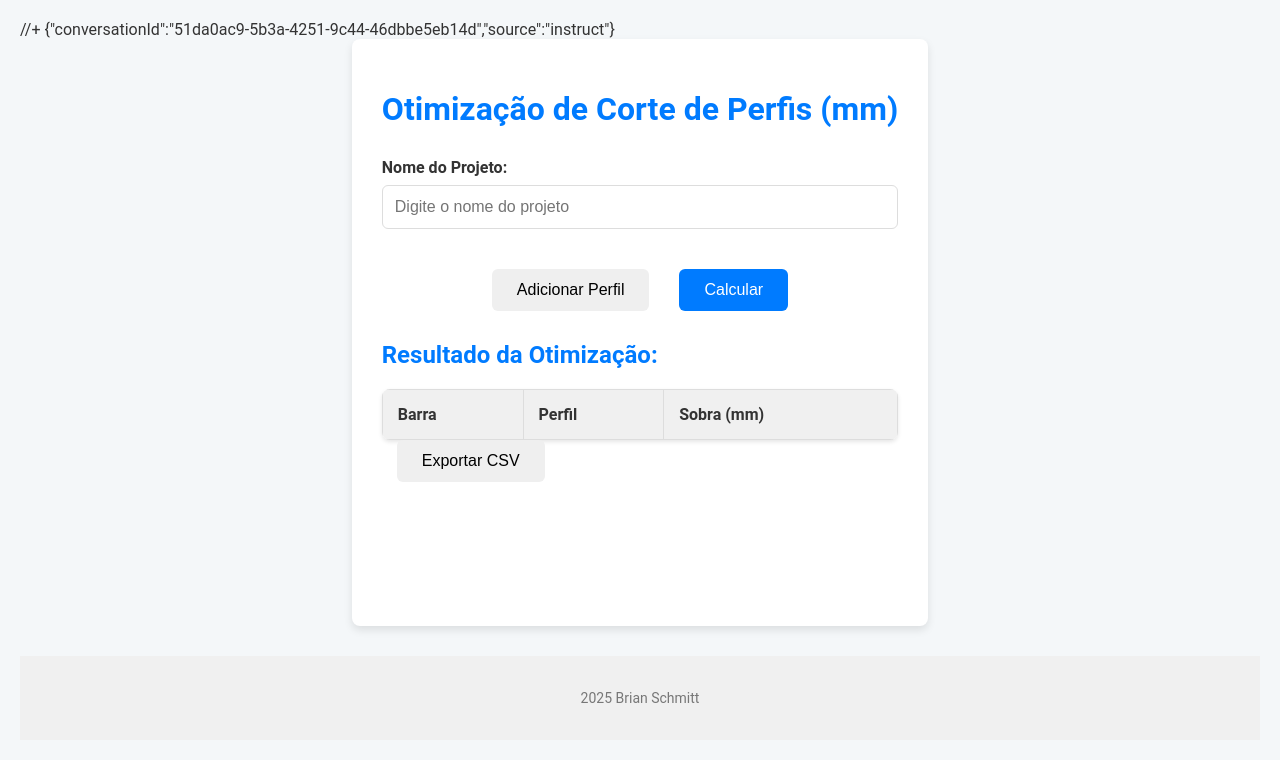
Repository: brianbebop/aqui
Page: index.html
The author's editor kept a copy of each file at every save. The page is drawn from the files as they stood at one save, then again after the next save.
The browser window is 1280 px wide. The pictures show the whole page.

Above is the page before, as saved 2025-03-22 21:52:37.

### index.html
<!DOCTYPE html>
<html lang="pt">//+
{"conversationId":"51da0ac9-5b3a-4251-9c44-46dbbe5eb14d","source":"instruct"}
<head>
    <title>Otimização de Corte de Perfis (mm)</title>
    <meta charset="UTF-8">
    <meta name="viewport" content="width=device-width, initial-scale=1.0">
    <link rel="stylesheet" href="style.css">
</head>
<body>
    <div class="container">
        <h1 class="page-title">Otimização de Corte de Perfis (mm)</h1>
        <div class="project-info">
            <label for="nomeProjeto" class="form-label">Nome do Projeto:</label>
            <input type="text" id="nomeProjeto" class="form-input" placeholder="Digite o nome do projeto">
        </div>
        <div id="perfis" class="perfis-container">
            </div>
        <div class="button-container">
            <button id="adicionarPerfil" class="btn btn-add-perfil">Adicionar Perfil</button>
            <button id="calcular" class="btn btn-calculate">Calcular</button>
        </div>
        <div id="resultado" class="result-container">
            <h2 class="result-title">Resultado da Otimização:</h2>
            <table id="resumoBarras" class="result-table">
                <thead>
                    <tr>
                        <th class="table-header">Barra</th>
                        <th class="table-header">Perfil</th>
                        <th class="table-header">Sobra (mm)</th>
                    </tr>
                </thead>
                <tbody>
                    </tbody>
            </table>
            <button id="exportarCSV" class="btn btn-export">Exportar CSV</button>
        </div>
    </div>

    <footer class="footer">
        <p> 2025 Brian Schmitt</p>
    </footer>

    <script src="script.js"></script>
</body>
</html>

### style.css
:root {
    --primary-color: #007bff;
    --background-color: #f4f4f4;
    --text-color: #333;
    --border-color: #ddd;
}
/* Estilos gerais */
body {
    font-family: 'Roboto', sans-serif;
    margin: 0;
    padding: 20px;
    background-color: #f4f7f9;
    color: #333;
    display: flex;
    flex-direction: column;
    min-height: 100vh;
    margin: 0;
}

.container {
    max-width: 800px;
    margin: 0 auto;
    background-color: white;
    padding: 30px;
    border-radius: 8px;
    box-shadow: 0 4px 8px rgba(0, 0, 0, 0.1);
    flex-grow: 1;
}

.page-title {
    text-align: center;
    color: #007bff;
    margin-bottom: 30px;
}

.project-info {
    margin-bottom: 25px;
}

.form-label {
    display: block;
    margin-bottom: 8px;
    font-weight: 600;
}

.form-input {
    width: 100%;
    padding: 12px;
    border: 1px solid #ddd;
    border-radius: 6px;
    margin-bottom: 15px;
    box-sizing: border-box;
    font-size: 16px;
}

.perfis-container {
    margin-bottom: 25px;
}

.perfil {
    margin-bottom: 15px;
    display: flex;
    align-items: center;
    background-color: #f9f9f9;
    padding: 15px;
    border-radius: 6px;
}

.perfil label {
    margin-right: 15px;
    font-weight: 600;
}

.perfil input {
    flex-grow: 1;
    padding: 12px;
    border: 1px solid #ddd;
    border-radius: 6px;
    font-size: 16px;
}

.button-container {
    display: flex;
    justify-content: center;
    margin-bottom: 30px;
}

.btn {
    padding: 12px 25px;
    border: none;
    border-radius: 6px;
    cursor: pointer;
    margin: 0 15px;
    font-size: 16px;
    transition: background-color 0.3s ease;
}

.btn-calculate {
    background-color: #007bff;
    color: white;
}

.btn-calculate:hover {
    background-color: #0056b3;
}

.result-container {
    margin-top: 30px;
}

.result-title {
    font-size: 24px;
    margin-bottom: 20px;
    color: #007bff;
}

.result-table {
    width: 100%;
    border-collapse: collapse;
    border-radius: 8px;
    overflow: hidden;
    box-shadow: 0 2px 4px rgba(0, 0, 0, 0.1);
}

.table-header,
.result-table td {
    border: 1px solid #ddd;
    padding: 15px;
    text-align: left;
}

.table-header {
    background-color: #f0f0f0;
    font-weight: 600;
}

/* Estilos responsivos */
@media (max-width: 600px) {
    .perfil {
        flex-direction: column;
        align-items: stretch;
    }

    .perfil label {
        margin-right: 0;
        margin-bottom: 8px;
    }

    .button-container {
        flex-direction: column;
        align-items: center;
    }

    .btn {
        margin: 8px 0;
        width: 100%;
    }

    .table-header,
    .result-table td {
        font-size: 14px;
    }
}

.remover-perfil {
    background-color: #e91e63; /* Cor de fundo semelhante ao botão "Calcular" */
    color: white;
    border: none;
    padding: 8px 16px;
    border-radius: 4px;
    cursor: pointer;
    font-size: 14px;
    transition: background-color 0.3s ease;
}

.remover-perfil:hover {
    background-color: #c2185b; /* Cor de fundo mais escura no hover */
}
.footer {
    text-align: center;
    padding: 20px;
    background-color: #f0f0f0;
    margin-top: 30px;
    font-size: 14px;
    color: #777;

}
div:empty,
p:empty {
    display: none;
}

### script.js
const perfisDiv = document.getElementById('perfis');
const adicionarPerfilButton = document.getElementById('adicionarPerfil');
const calcularButton = document.getElementById('calcular');
const resultadoDiv = document.getElementById('resultado');
const resumoBarrasTabela = document.getElementById('resumoBarras').getElementsByTagName('tbody')[0];
const nomeProjetoInput = document.getElementById('nomeProjeto');
const exportarCSVButton = document.getElementById('exportarCSV');

let perfis = [];
let contadorPerfil = 0;

function calcularOtimizacao() {
    const tamanhoBarra = 6000;
    const perfisComTamanho = perfis
        .filter(perfil => perfil.input.value !== '') // Ignora perfis com valor vazio
        .map(perfil => ({
            id: perfil.id,
            tamanho: parseInt(perfil.input.value)
        }));

    // Função para encontrar a melhor combinação de perfis para uma barra
    function encontrarMelhorCombinacao(perfisRestantes, espacoLivre) {
        let melhorCombinacao = { perfis: [], sobra: espacoLivre };

        function combinar(combinacaoAtual, sobraAtual, indiceAtual) {
            if (sobraAtual < melhorCombinacao.sobra) {
                melhorCombinacao = { perfis: combinacaoAtual, sobra: sobraAtual };
            }

            if (indiceAtual < perfisRestantes.length) {
                const perfilAtual = perfisRestantes[indiceAtual];
                if (sobraAtual >= perfilAtual.tamanho) {
                    combinar(
                        [...combinacaoAtual, perfilAtual],
                        sobraAtual - perfilAtual.tamanho,
                        indiceAtual + 1
                    );
                }
                combinar(combinacaoAtual, sobraAtual, indiceAtual + 1);
            }
        }

        combinar([], espacoLivre, 0);
        return melhorCombinacao;
    }

    // Algoritmo de otimização

    const barras = [];
    let perfisRestantes = [...perfisComTamanho];
    while (perfisRestantes.length > 0) {
        const perfilAtual = perfisRestantes[0];
        if (perfilAtual.tamanho > tamanhoBarra) {
            // Divide o perfil em múltiplas barras
            const quantidadeBarras = Math.ceil(perfilAtual.tamanho / tamanhoBarra);
            for (let i = 0; i < quantidadeBarras; i++) {
                const tamanhoBarraAtual = Math.min(tamanhoBarra, perfilAtual.tamanho - i * tamanhoBarra);
                const barraAtual = { perfis: [{ ...perfilAtual, tamanho: tamanhoBarraAtual }], espacoLivre: tamanhoBarra - tamanhoBarraAtual };
                barras.push(barraAtual);

                // Tenta otimizar o espaço restante na barra atual
                if (barraAtual.espacoLivre > 0) {
                    const melhorCombinacao = encontrarMelhorCombinacao(perfisRestantes.filter(p => p !== perfilAtual), barraAtual.espacoLivre);
                    if (melhorCombinacao.perfis.length > 0) {
                        barraAtual.perfis = [...barraAtual.perfis, ...melhorCombinacao.perfis];
                        barraAtual.espacoLivre = melhorCombinacao.sobra;

                        // Remove os perfis utilizados da lista perfisRestantes
                        melhorCombinacao.perfis.forEach(perfilUsado => {
                            perfisRestantes = perfisRestantes.filter(perfil => perfil.id !== perfilUsado.id);
                        });
                    }
                }
            }
            perfisRestantes.shift(); // Remove o perfil dividido
        } else {
            // Encontra a melhor combinação para a barra
            const melhorCombinacao = encontrarMelhorCombinacao(perfisRestantes, tamanhoBarra);
            barras.push({ perfis: melhorCombinacao.perfis, espacoLivre: melhorCombinacao.sobra });
            perfisRestantes = perfisRestantes.filter(
                perfil => !melhorCombinacao.perfis.includes(perfil)
            );
        }
    }

    // Exibe o resultado na tabela
    resumoBarrasTabela.innerHTML = ''; // Limpa a tabela
    barras.forEach((barra, index) => {
        const novaLinha = resumoBarrasTabela.insertRow();
        const colunaBarra = novaLinha.insertCell(0);
        const colunaPerfis = novaLinha.insertCell(1);
        const colunaSobra = novaLinha.insertCell(2);

        colunaBarra.textContent = `Barra ${index + 1}`;
        colunaPerfis.textContent = barra.perfis.map(perfil => `${perfil.id} (${perfil.tamanho}mm)`).join(', ');
        colunaSobra.textContent = `${barra.espacoLivre} mm`;
    });

    // Exibe o nome do projeto
    const nomeProjeto = nomeProjetoInput.value;
    if (nomeProjeto) {
        document.querySelector('h1').textContent = `Otimização de Corte de Perfis (mm) - ${nomeProjeto}`;
    } else {
        document.querySelector('h1').textContent = `Otimização de Corte de Perfis (mm)`;
    }
}

adicionarPerfilButton.addEventListener('click', () => {
    const perfilId = String.fromCharCode(65 + contadorPerfil);
    const perfilDiv = document.createElement('div');
    perfilDiv.classList.add('perfil');
    perfilDiv.innerHTML = `
        <label for="perfil-${perfilId}">Perfil ${perfilId} (mm):</label>
        <input type="number" id="perfil-${perfilId}" placeholder="Tamanho (mm)">
        <button class="remover-perfil">Remover</button>
    `;
    perfisDiv.appendChild(perfilDiv);
    perfis.push({ id: perfilId, input: perfilDiv.querySelector('input') });
    contadorPerfil++;

    // Adiciona o evento de clique para o botão "Remover"
    const removerButton = perfilDiv.querySelector('.remover-perfil');
    removerButton.addEventListener('click', () => {
        perfis = perfis.filter(perfil => perfil.id !== perfilId);
        perfilDiv.remove();
        calcularOtimizacao(); // Recalcula automaticamente após remover o perfil
    });
});

calcularButton.addEventListener('click', () => {
    calcularOtimizacao();
});



exportarCSVButton.addEventListener('click', () => {
    const nomeProjeto = nomeProjetoInput.value || 'Otimizacao_Corte_Perfis';
    const nomeArquivo = `${nomeProjeto}.csv`;

    let csvContent = 'Barra,Perfis,Sobra (mm)\r\n'; // Cabeçalho CSV
    const linhasTabela = resumoBarrasTabela.rows;
    for (let i = 0; i < linhasTabela.length; i++) {
        const linha = linhasTabela[i];
        const colunas = linha.cells;
        const linhaCSV = `${colunas[0].textContent},"${colunas[1].textContent}",${colunas[2].textContent}\r\n`;
        csvContent += linhaCSV;
    }

    const blob = new Blob([csvContent], { type: 'text/csv;charset=utf-8;' });
    const link = document.createElement('a');
    if (navigator.msSaveBlob) { // IE 10+
        navigator.msSaveBlob(blob, nomeArquivo);
    } else {
        const url = URL.createObjectURL(blob);
        link.href = url;
        link.setAttribute('download', nomeArquivo);
        link.style.visibility = 'hidden';
        document.body.appendChild(link);
        link.click();
        document.body.removeChild(link);
    }
});

After the next save:
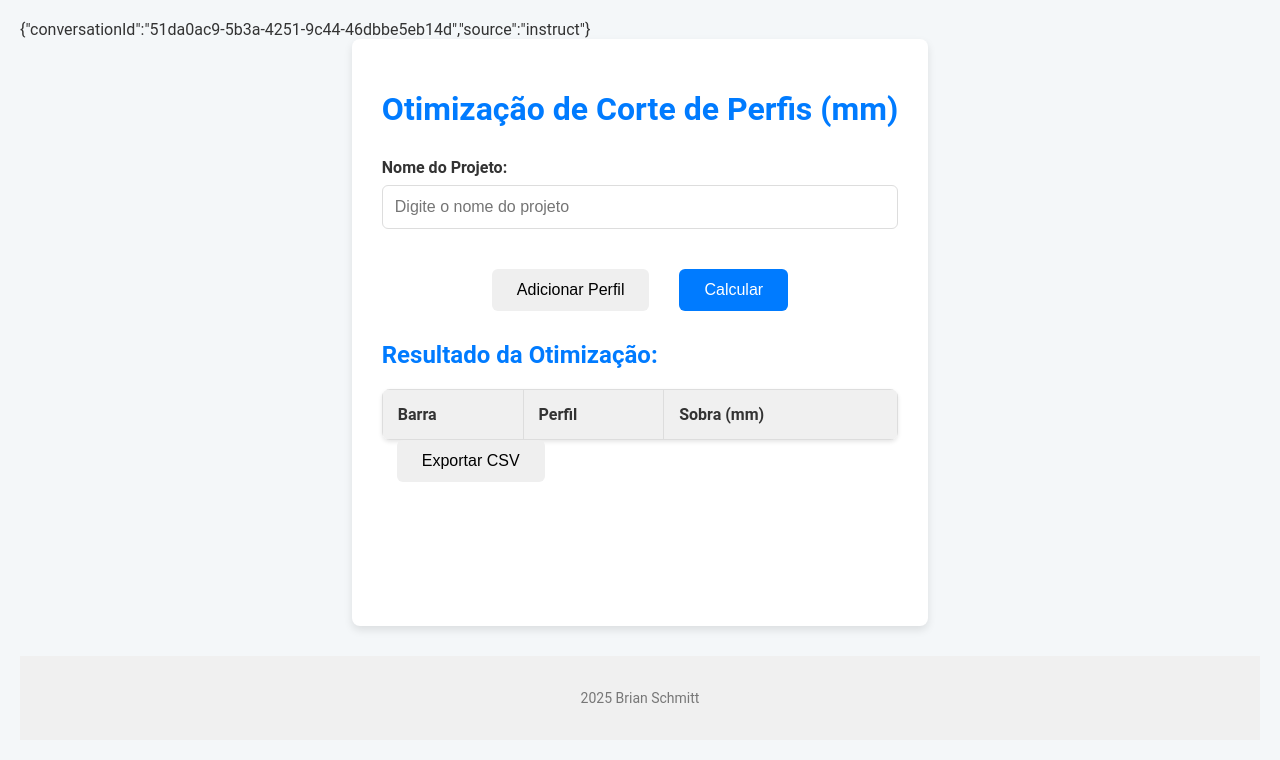
Saved 5 s later.
--- a/index.html
+++ b/index.html
@@ -1,5 +1,5 @@
 <!DOCTYPE html>
-<html lang="pt">//+
+<html lang="pt">
 {"conversationId":"51da0ac9-5b3a-4251-9c44-46dbbe5eb14d","source":"instruct"}
 <head>
     <title>Otimização de Corte de Perfis (mm)</title>
